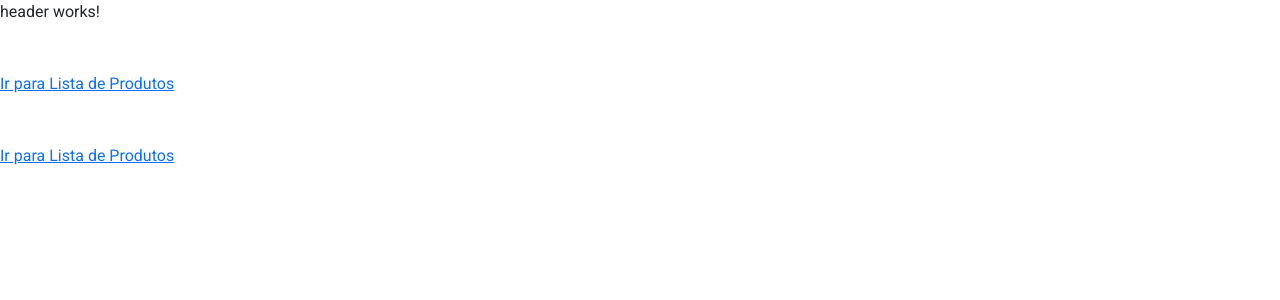
Repository: andreGattermeyer/Cadastro-Produtos-Angular
Page: / (app in frontend/cadastro-produtos/)
The author's editor kept a copy of each file at every save. The page is drawn from the files as they stood at one save, then again after the next save.
The browser window is 1280 px wide. The pictures show the whole page.
The project was rebuilt for these pictures with package versions that can differ from the ones it lists, and the page was loaded fresh each time. Also part of the build but not shown: frontend/cadastro-produtos/angular.json, frontend/cadastro-produtos/src/app/componentes/lista-produtos/lista-produtos.component.ts.

Above is the page before, as saved 2025-04-22 23:00:49.

After the next save:
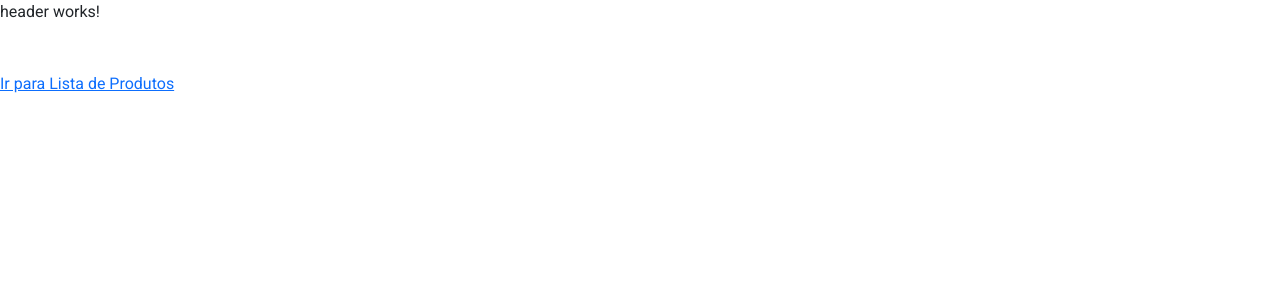
Saved 108 s later.
--- a/frontend/cadastro-produtos/src/app/app.routes.ts
+++ b/frontend/cadastro-produtos/src/app/app.routes.ts
@@ -4,7 +4,7 @@
 
 export const routes: Routes = [
   { path: 'home', component: HomeComponent },
-  { path: '', redirectTo: '/home', pathMatch: 'full' },
+
   { path: 'lista-produtos', component: ListaProdutosComponent },
 
 

After the save that followed:
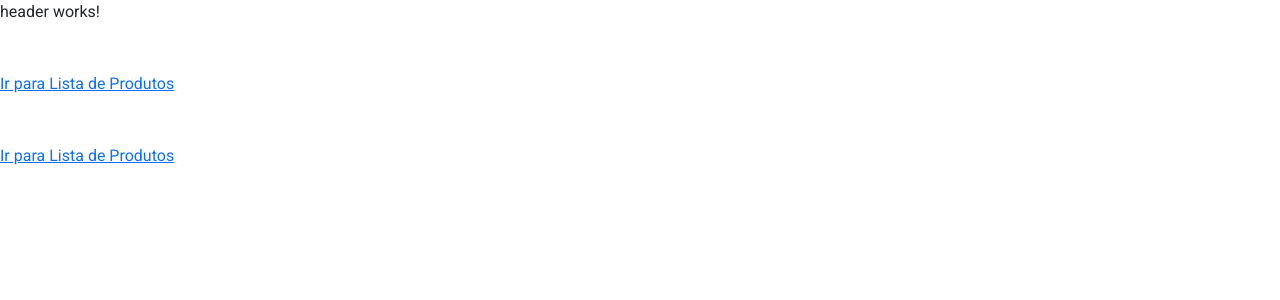
Saved 19 s later.
--- a/frontend/cadastro-produtos/src/app/app.routes.ts
+++ b/frontend/cadastro-produtos/src/app/app.routes.ts
@@ -4,7 +4,7 @@
 
 export const routes: Routes = [
   { path: 'home', component: HomeComponent },
-
+  { path: '', redirectTo: '/home', pathMatch: 'full' },
   { path: 'lista-produtos', component: ListaProdutosComponent },
 
 
